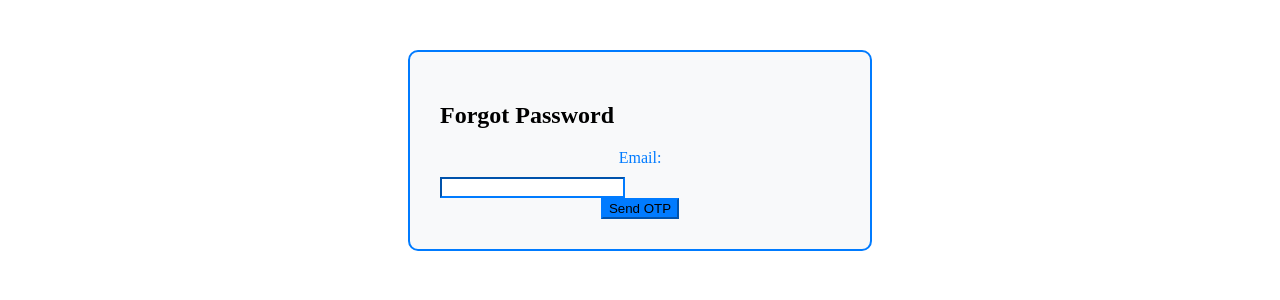
Repository: thatipallyvinod/AdvanceJava
Page: Gaming Project/src/main/webapp/psw.html
An editor plug-in stored every save of this project. The page is shown before and after the next save, followed by the edit.
The browser window is 1280 px wide. The pictures show the whole page.

Above is the page before, as saved 2024-03-18 16:32:04.

### Gaming Project/src/main/webapp/psw.html
<!DOCTYPE html>
<html lang="en">
<head>
    <meta charset="UTF-8">
    <meta name="viewport" content="width=device-width, initial-scale=1.0">
    <title>Forgot Password</title>
    <style>
        .container {
            max-width: 400px;
            margin: auto;
            padding: 30px;
            border: 2px solid #007bff; /* Blue border */
            border-radius: 10px;
            background-color: #f8f9fa; /* Light gray background */
            margin-top: 50px;
        }

        .form-group label {
            color: #007bff; /* Blue text color */
            display: block;
            text-align: center; /* Center-align the labels */
            margin-bottom: 10px; /* Add some spacing below the labels */
        }

        .form-control {
            border-color: #007bff; /* Blue border for input fields */
        }

        .btn-primary {
            background-color: #007bff; /* Blue button background */
            border-color: #007bff; /* Blue button border */
            display: block;
            margin: 0 auto; /* Center-align the button */
        }

        .btn-primary:hover {
            background-color: #0056b3; /* Darker blue on hover */
            border-color: #0056b3;
        }
    </style>
</head>
<body>
    <div class="container">
        <h2 class="text-center mb-4">Forgot Password</h2>
        <form id="forgot-password-form" onsubmit="return sendOTP()">
            <div class="form-group">
                <label for="email">Email:</label>
                <input type="email" class="form-control" id="email" required>
            </div>
            <button type="submit" class="btn btn-primary btn-block">Send OTP</button>
        </form>
    </div>

    <script>
        function sendOTP() {
            var email = document.getElementById('email').value;
            var OTP = generateOTP();
            // Simulate sending OTP via email (replace this with actual email sending logic)
            alert("An OTP has been sent to " + email + ". Please check your email."); // Alert message
            // Redirect to OTP verification page or display OTP input field
            return false; // Prevent form submission
        }

        function generateOTP() {
            var numbers = '0123456789';
            var OTP = '';
            for (var i = 0; i < 6; i++) {
                OTP += numbers[Math.floor(Math.random() * 10)];
            }
            return OTP;
        }
    </script>
</body>
</html>

After the next save:
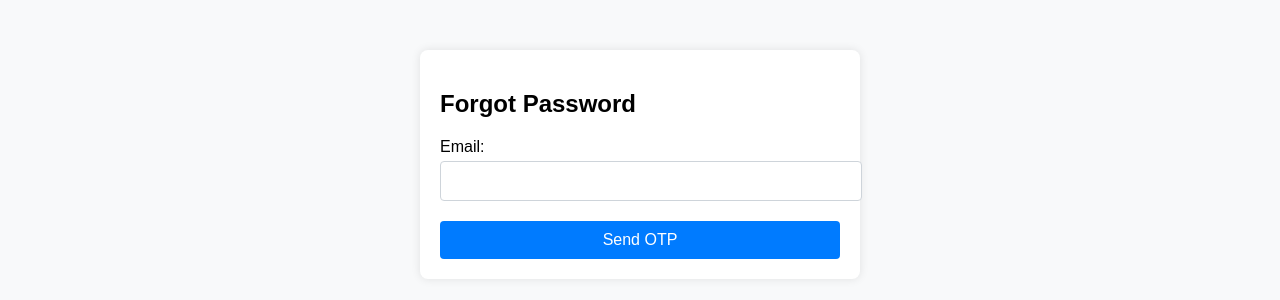
Saved 77 s later.
--- a/Gaming Project/src/main/webapp/psw.html
+++ b/Gaming Project/src/main/webapp/psw.html
@@ -5,69 +5,73 @@
     <meta name="viewport" content="width=device-width, initial-scale=1.0">
     <title>Forgot Password</title>
     <style>
+        body {
+            font-family: Arial, sans-serif;
+            background-color: #f8f9fa;
+        }
         .container {
             max-width: 400px;
             margin: auto;
-            padding: 30px;
-            border: 2px solid #007bff; /* Blue border */
-            border-radius: 10px;
-            background-color: #f8f9fa; /* Light gray background */
+            padding: 20px;
+            background-color: #fff;
+            border-radius: 8px;
+            box-shadow: 0 0 10px rgba(0, 0, 0, 0.1);
             margin-top: 50px;
         }
-
+        .form-group {
+            margin-bottom: 20px;
+        }
         .form-group label {
-            color: #007bff; /* Blue text color */
             display: block;
-            text-align: center; /* Center-align the labels */
-            margin-bottom: 10px; /* Add some spacing below the labels */
+            margin-bottom: 5px;
         }
-
         .form-control {
-            border-color: #007bff; /* Blue border for input fields */
+            width: 100%;
+            padding: 10px;
+            font-size: 16px;
+            border-radius: 4px;
+            border: 1px solid #ced4da;
         }
-
         .btn-primary {
-            background-color: #007bff; /* Blue button background */
-            border-color: #007bff; /* Blue button border */
             display: block;
-            margin: 0 auto; /* Center-align the button */
+            width: 100%;
+            padding: 10px;
+            font-size: 16px;
+            color: #fff;
+            background-color: #007bff;
+            border: none;
+            border-radius: 4px;
+            cursor: pointer;
         }
-
         .btn-primary:hover {
-            background-color: #0056b3; /* Darker blue on hover */
-            border-color: #0056b3;
+            background-color: #0056b3;
         }
     </style>
 </head>
 <body>
     <div class="container">
-        <h2 class="text-center mb-4">Forgot Password</h2>
-        <form id="forgot-password-form" onsubmit="return sendOTP()">
+        <h2 class="text-center">Forgot Password</h2>
+        <form id="forgot-password-form">
             <div class="form-group">
                 <label for="email">Email:</label>
                 <input type="email" class="form-control" id="email" required>
             </div>
-            <button type="submit" class="btn btn-primary btn-block">Send OTP</button>
+            <button type="button" class="btn btn-primary" onclick="sendOTP()">Send OTP</button>
         </form>
     </div>
 
     <script>
         function sendOTP() {
             var email = document.getElementById('email').value;
-            var OTP = generateOTP();
-            // Simulate sending OTP via email (replace this with actual email sending logic)
-            alert("An OTP has been sent to " + email + ". Please check your email."); // Alert message
-            // Redirect to OTP verification page or display OTP input field
-            return false; // Prevent form submission
+            // Simulate sending OTP via email
+            var otp = generateOTP();
+            alert("An OTP has been sent to " + email + ". Please check your email.");
+            console.log("OTP for " + email + ": " + otp);
         }
 
         function generateOTP() {
-            var numbers = '0123456789';
-            var OTP = '';
-            for (var i = 0; i < 6; i++) {
-                OTP += numbers[Math.floor(Math.random() * 10)];
-            }
-            return OTP;
+            var otp = Math.floor(100000 + Math.random() * 900000); // Generate 6-digit OTP
+            return otp;
         }
     </script>
 </body>
